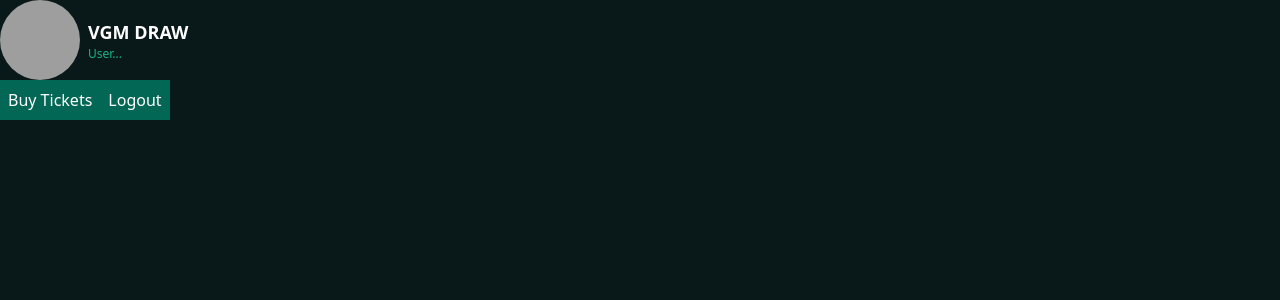
Repository: venu-369/lottery-web3
Page: /
The author's editor kept a copy of each file at every save. The page is drawn from the files as they stood at one save, then again after the next save.
The browser window is 1280 px wide. The pictures show the whole page.
Pictures or frames that could not be fetched are drawn as grey boxes. The project was rebuilt for these pictures with package versions that can differ from the ones it lists, and the page was loaded fresh each time. The framework's server and built-in components were replaced by stand-ins that run in the browser. Also part of the build but not shown: next.config.js.

Above is the page before, as saved 2023-01-11 14:12:22.

After the next save:
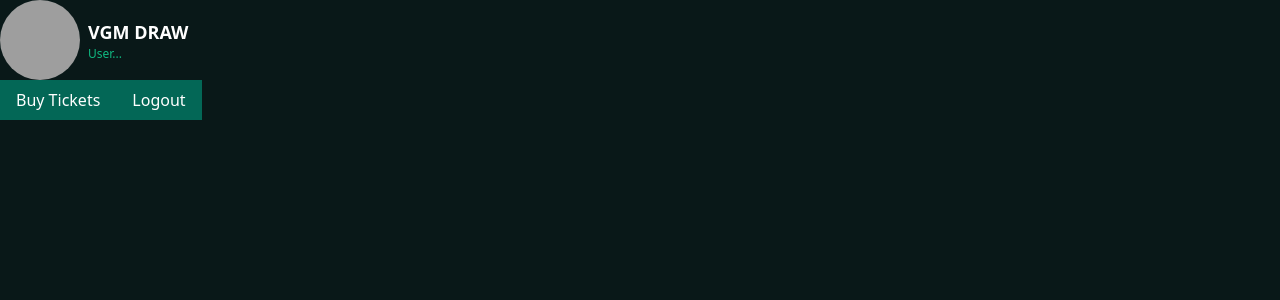
Saved 10 s later.
--- a/components/NavButton.tsx
+++ b/components/NavButton.tsx
@@ -6,7 +6,7 @@
 
 const NavButton = ({title}: Props) => {
   return (
-   <button className='bg-[#036756] text-white py-2 px-2'>
+   <button className='bg-[#036756] text-white py-2 px-4'>
     {title}
    </button>
   )
